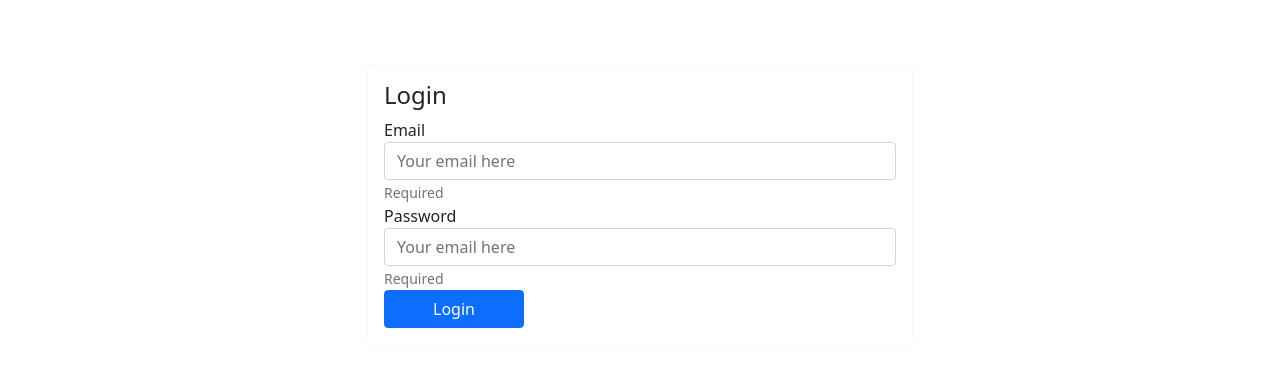
Repository: khulqu15/pengaduan2
Page: http://localhost/login
These files come from the project's save history. The page is drawn as it stood at one moment and after the next save; the edit follows.
The browser window is 1280 px wide. The pictures show the whole page.
The page is served by the project's Laravel application, run on PHP 8.4 with Laravel 8. Other server files are loaded and not shown.

Above is the page before, as saved 2021-02-15 21:32:35.

### routes/web.php
<?php

use App\Http\Controllers\UserController;
use Illuminate\Support\Facades\Route;

/*
|--------------------------------------------------------------------------
| Web Routes
|--------------------------------------------------------------------------
|
| Here is where you can register web routes for your application. These
| routes are loaded by the RouteServiceProvider within a group which
| contains the "web" middleware group. Now create something great!
|
*/

Route::get('/', function () {
    return view('welcome');
});

Route::get('login', [UserController::class, 'loginGet'])->name('loginView');
Route::post('login', [UserController::class, 'loginPost'])->name('loginLogic');
Route::get('register', [UserController::class, 'registerGet'])->name('registerView');
Route::post('register', [UserController::class, 'registerPost'])->name('registerLogic');

### app/Http/Controllers/UserController.php
<?php

namespace App\Http\Controllers;

use App\Models\User;
use Illuminate\Http\Request;
use Illuminate\Support\Facades\Auth;

class UserController extends Controller
{

    public function loginGet()
    {
        return view('auth.login');
    }

    public function loginPost(Request $request)
    {
        if(Auth::attempt($request->only(['email', 'password']))) {
            $user = Auth::user();
        }
        return view('dashboard.index');
    }

    public function registerGet()
    {
        return view('auth.register');
    }

    public function registerPost(Request $request)
    {
        $user = new User();
        $user->name = $request->name;
        $user->email = $request->email;
        $user->password = $request->password;
        $user->level = $request->level;
        $user->save();
        return view('auth.login');
    }
}

### resources/views/auth/login.blade.php
@extends('layout.app')

@section('title', 'Login')

@section('content')
<div class="container py-5">
    <div class="row py-3">
        <div class="col-md-6 offset-md-3">
            <div class="card border-light">
              <div class="card-body">
                <h4 class="card-title">Login</h4>
                <form action="{{ route('loginLogic') }}" method="POST">
                    <div class="form-group">
                        <label for="email">Email</label>
                        <input type="text" name="email" id="email" type="email" class="form-control" placeholder="Your email here" aria-describedby="helpId">
                        <small id="helpId" class="text-muted">Required</small>
                    </div>
                    <div class="form-group">
                        <label for="password">Password</label>
                        <input type="text" name="password" id="password" type="password" class="form-control" placeholder="Your email here" aria-describedby="helpId">
                        <small id="helpId" class="text-muted">Required</small>
                    </div>
                    <button class="btn btn-primary px-5" type="submit">Login</button>
                </form>
                </div>
            </div>
        </div>
    </div>
</div>
@endsection

### resources/views/layout/app.blade.php
<!DOCTYPE html>
<html lang="en">
<head>
    <meta charset="UTF-8">
    <meta name="viewport" content="width=device-width, initial-scale=1.0">
    <meta http-equiv="X-UA-Compatible" content="ie=edge">
    <title>Pengaduan | @yield('title')</title>

    <link rel="stylesheet" href="{{ asset('css/bootstrap.min.css') }}">
    <link rel="stylesheet" href="{{ asset('css/all.min.css') }}">
    <link rel="stylesheet" href="{{ asset('css/fontawesome.min.css') }}">

    <script src="{{ asset('js/jquery-3.5.1.min.js') }}"></script>
    <script src="{{ asset('js/bootstrap.min.js') }}"></script>
    <script src="{{ asset('js/all.min.js') }}"></script>
    <script src="{{ asset('js/fontawesome.min.js') }}"></script>

    @yield('assets')
</head>
<body>
    @yield('content')
</body>
</html>

Loaded but not shown: app/Http/Controllers/Controller.php (common file); public/css/bootstrap.min.css (library); public/css/all.min.css (library); public/css/fontawesome.min.css (library); public/js/jquery-3.5.1.min.js (library); public/js/bootstrap.min.js (library); public/js/fontawesome.min.js (library)

After the next save:
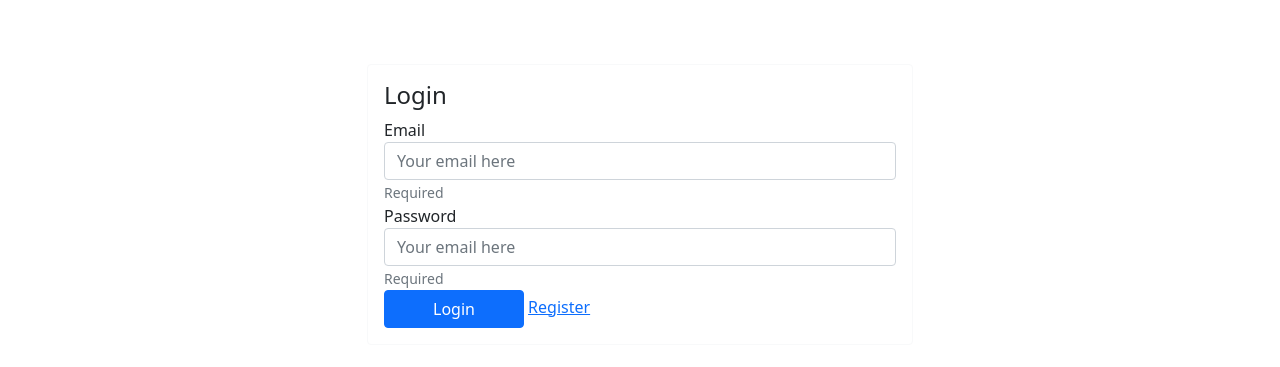
Saved 34 s later.
--- a/resources/views/auth/login.blade.php
+++ b/resources/views/auth/login.blade.php
@@ -21,6 +21,7 @@
                         <small id="helpId" class="text-muted">Required</small>
                     </div>
                     <button class="btn btn-primary px-5" type="submit">Login</button>
+                    <a href="{{ route('registerView') }}">Register</a>
                 </form>
                 </div>
             </div>
